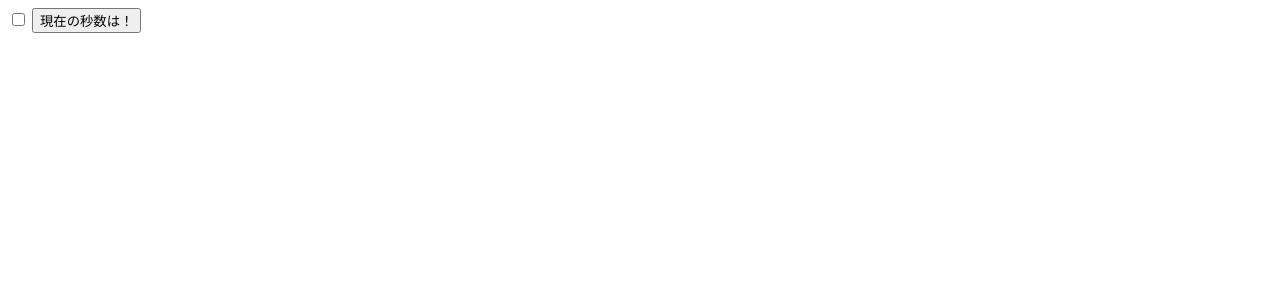
Repository: maigo999/time-abdominal-muscle
Page: index.html
The author's editor kept a copy of each file at every save. The page is drawn from the files as they stood at one save, then again after the next save.
The browser window is 1280 px wide. The pictures show the whole page.

Above is the page before, as saved 2018-08-11 09:27:05.

### index.html
<!DOCTYPE html>
<html lang="ja">
<head>
    <meta charset="UTF-8">
    <meta name="viewport" content="width=device-width, initial-scale=1.0">
    <meta http-equiv="X-UA-Compatible" content="ie=edge">
    <title>Document</title>
</head>
<body>
    <input id="form01" type="checkbox">
    <button id="button">現在の秒数は！</button>

    <p id="result"></p>

    <script src="./js/main.js"></script>
</body>
</html>

### js/main.js
let today
let milliseconds
let seconds
let intlist
const target = 0;
let res
let calcResult
const button = document.getElementById("button");
const result = document.getElementById("result");

function hard(){
    milliseconds = today.getMilliseconds();
    str = String(milliseconds).split('');
};
function nomal(){
    seconds = today.getSeconds();
    str = String(seconds).split('');
;}

button.onclick = function(){
    today = new Date();

    hard();
    // strをintに戻す
    int = str.map(function (element) {
        return Number(element);
    });


    // ０の消去
    res = int.filter(function(a) {
        return a !== target;
    });


    console.log(res);


    // 配列の長さを取得
    intlist = res.length;

    // 配列の長さで計算式を分岐
    if(intlist == 3){
        calcResult= res[0] * res[1] * res[2];

    }else if(intlist == 2){

        calcResult = res[0] * res[1];

    }else if(intlist == 0){
        alcResult = "0だよ";

    }else{
        calcResult = res[0];

    }
    result.innerHTML = calcResult;
};

After the next save:
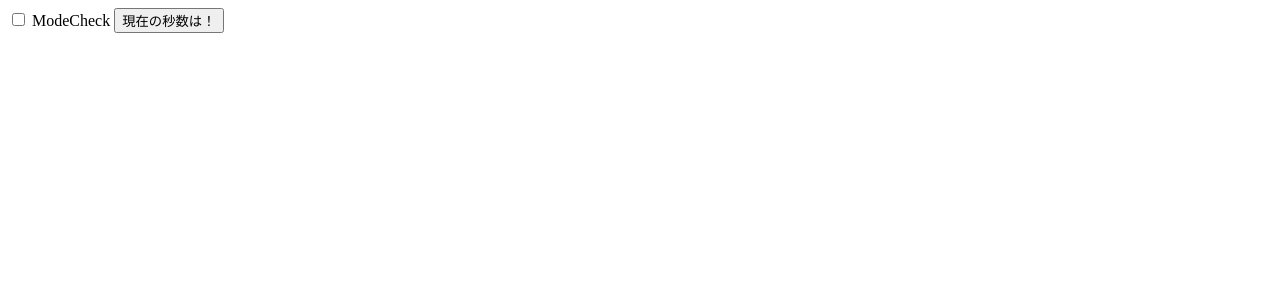
Saved 4 min 11 s later.
--- a/index.html
+++ b/index.html
@@ -7,7 +7,10 @@
     <title>Document</title>
 </head>
 <body>
-    <input id="form01" type="checkbox">
+    <input id="mode" type="checkbox">
+    <label for="mode" class="button">
+            ModeCheck
+    </label>
     <button id="button">現在の秒数は！</button>
 
     <p id="result"></p>
